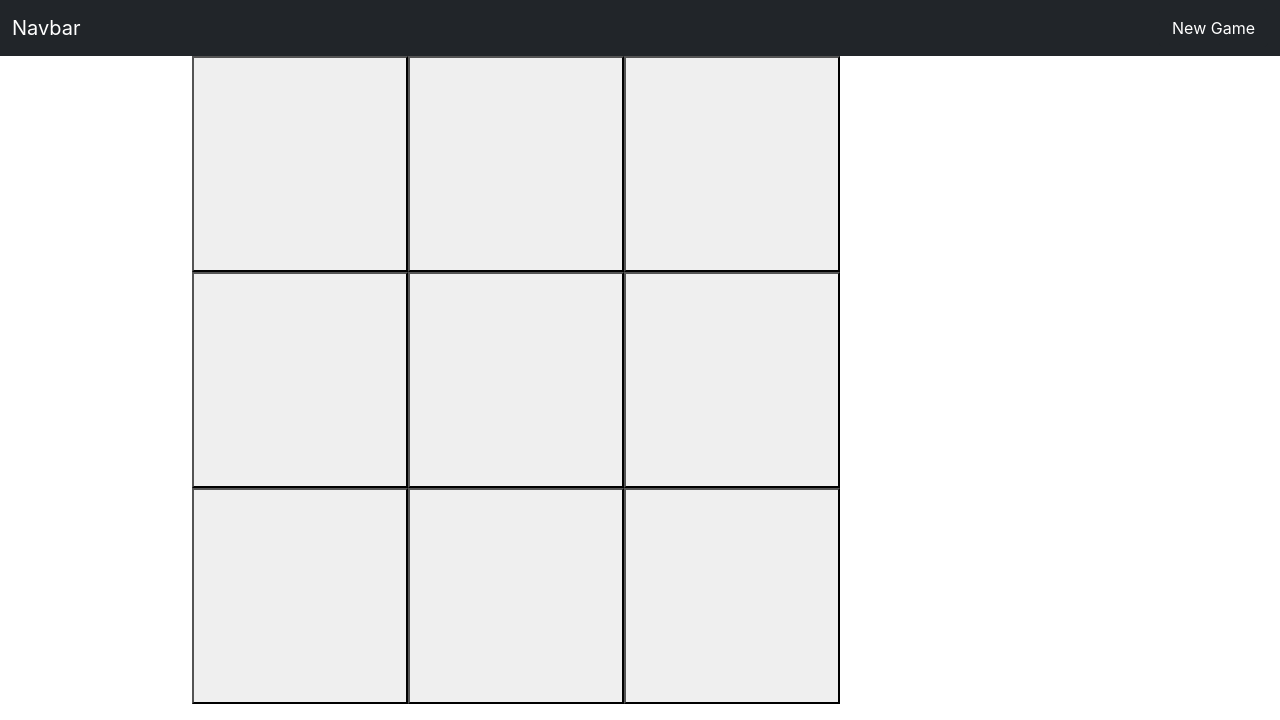
Repository: napan24/tic-tac-toe
Page: /
These files come from the project's save history. The page is drawn as it stood at one moment and after the next save; the edit follows.
The browser window is 1280 px wide. The pictures show the whole page.
The project was rebuilt for these pictures with package versions that can differ from the ones it lists, and the page was loaded fresh each time. Also part of the build but not shown: src/App.css.

Above is the page before, as saved 2022-06-15 12:50:03.

After the next save:
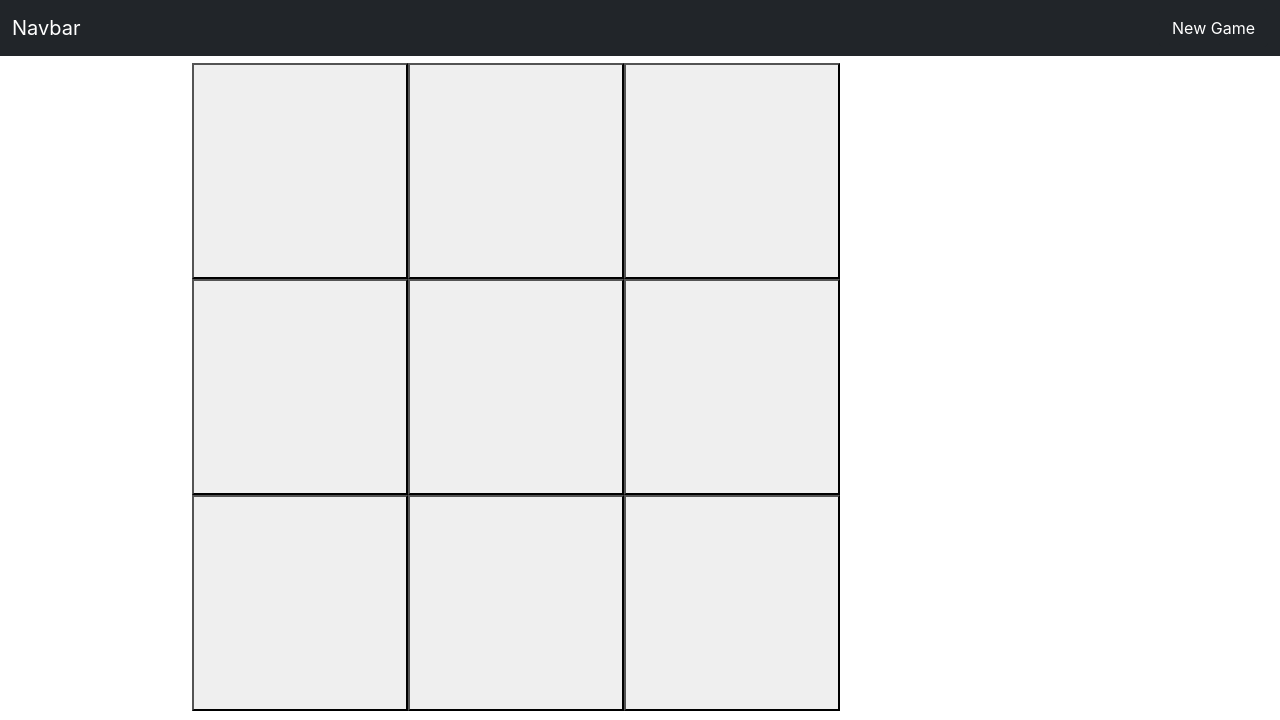
Saved 22 s later.
--- a/src/App.js
+++ b/src/App.js
@@ -222,7 +222,7 @@ function App() {
         </div>
       </nav>
 
-      <div id="mainblock">
+      <div id="mainblock" style={{paddingTop:"1vh"}}>
         <div id="win" class="alert alert-success" style={{ display: "none", position: "absolute", left: "50%" }} role="alert">
           {curr ? <FontAwesomeIcon icon={faCircle} size="3x" /> : <FontAwesomeIcon icon={faXmark} size="2x" />}
           <span style={{ fontSize: "24px" }}> &nbsp; is the winner</span>
